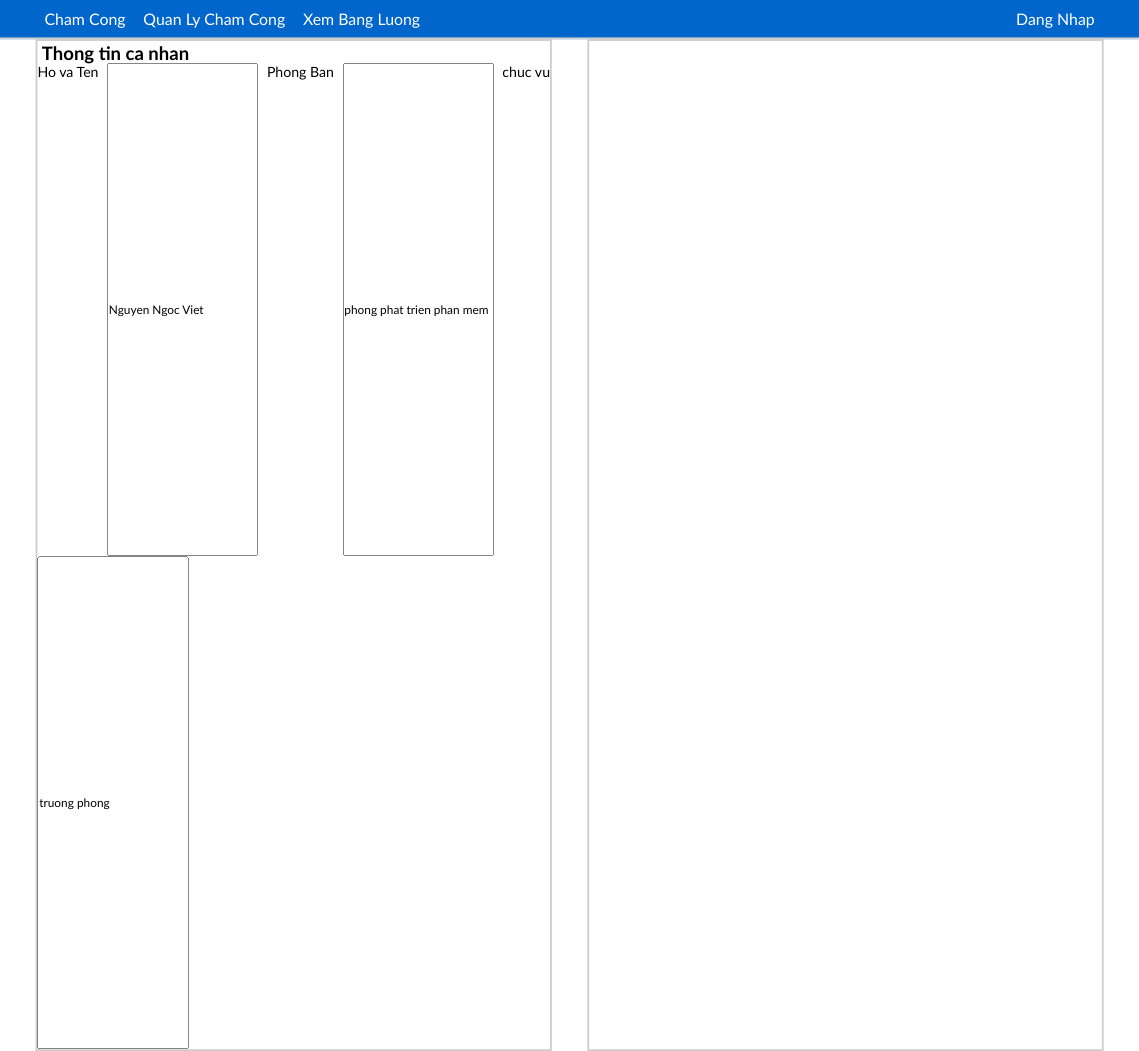
Repository: LDDUNG2003/a
Page: payroll.html
An editor plug-in stored every save of this project. The page is shown before and after the next save, followed by the edit.
The browser window is 1280 px wide. The pictures show the whole page, at 89% of full size.

Above is the page before, as saved 2023-10-15 12:34:50.

### payroll.html
<!DOCTYPE html>
<html lang="en">

<head>
    <meta charset="UTF-8">
    <meta name="viewport" content="width=device-width, initial-scale=1.0">
    <title>Document</title>
    <link rel="stylesheet" href="./controlView/css/base.css">
    <link rel="stylesheet" href="/controlView/css/payfoll.css">

</head>

<body>
    <div class="main">
        <header class="app__header">
            <nav class="navBar">
                <ul class="navBar-list">
                    <li class="navBar--items"><a href="./index.html" class="navbar--link">Cham cong</a></li>
                    <li class="navBar--items"><a href="" class="navbar--link">Quan ly cham cong</a></li>
                    <li class="navBar--items">
                        <a href="" class="navbar--link">Xem bang luong</a></li>
                </ul>
                <ul class="navBar-list navBar-list--login">
                    <!-- login  -->
                    <li class="navBar--items">
                        <a href="./login.html" class="navbar--link">dang nhap</a></li>
                    <!-- admin menu -->
                    <!-- <li class="navBar--items">
                    admin
                    <ul class="account-list">
                        <li class="account--item"><a href="" class="navbar--link">admin</a></li>
                        <li class="account--item"><a href="" class="navbar--link">quan li nhan su</a></li>
                        <li class="account--item"><a href="" class="navbar--link">dang xuat</a></li>
                    </ul>
                </li> -->
                    <!-- personnel menu -->
                    <!-- <li class="navBar--items">
                    account name
                    <ul class="account-list">
                        <li class="account--item"><a href="" class="navbar--link">cai dat tai khoan</a></li>
                        <li class="account--item"><a href="" class="navbar--link">dang ki ca lam</a></li>
                        <li class="account--item"><a href="" class="navbar--link">dang xuat</a></li>
                    </ul>
                </li> -->
                </ul>
            </nav>
        </header>
        <div class="app__content">
            <div class="content-information">
                <div class="infomation--contain">
                    <h1 class="infomation--heading">Thong tin ca nhan</h1>
                    <form class="infomation" action="" method="post">
                        <label class="infomation--text" for="name">Ho va Ten</label>
                        <input class="infomation--input" type="text" name="name" value="Nguyen Ngoc Viet">
                        <label class="infomation--text" for="Department">Phong Ban</label>
                        <input class="infomation--input" type="text" name="Department" value="phong phat trien phan mem">
                        <label class="infomation--text" for="">chuc vu</label>
                        <input class="infomation--input" type="text" name value="truong phong">
                    </form>
                </div>
                <div class="infomation--contain">

                </div>
            </div>
        </div>
    </div>
</body>

</html>

### controlView/css/base.css
:root {
    --primary-color: #0066cc;
    --text-color: #040404;
}

* {
    padding: 0px;
    margin: 0px;
    font-family: 'Trebuchet MS', 'Lucida Sans Unicode', 'Lucida Grande', 'Lucida Sans', Arial, sans-serif;
}

html,
body {
    font-size: 0.62rem;
}

.main {}

.app__header {
    color: #fff;
    width: 100%;
    border-bottom: solid 2px #ccc;
    background-color: var(--primary-color);
}

.navBar {
    width: 100%;
    max-width: 1200px;
    margin: auto;
    display: flex;
    justify-content: space-between;
}

.navBar-list {
    display: flex;
    list-style: none;
    color: #fff;
}

.navBar--items {
    padding: 10px 10px;
    font-size: 1.8rem;
    position: relative;
    cursor: pointer;
    text-transform: capitalize;
}

.navBar--items::after {
    content: '';
    padding-top: 5px;
    top: 80%;
    left: 10px;
    display: none;
    /* width: 0px; */
    background-color: var(--primary-color);
    position: absolute;
    width: 70px;
}

.navBar--items:hover .navBar--items::after {
    display: block;
}

.navbar--link {
    text-decoration: none;
    color: inherit;
}

.account-list {
    position: absolute;
    width: 150px;
    display: none;
    list-style: none;
    padding: 4px;
    color: var(--text-color);
    top: 100%;
    left: 0px;
    box-shadow: #414141;
    background-color: white;
}

.navBar--items:hover .account-list {
    display: block;
}

.account--item {
    padding: 5px 0px;
    border-bottom: solid 1px #ccc;
}

.app__content {
    width: 100%;
    max-width: 1200px;
    margin: auto;
}

### controlView/css/payfoll.css
.content-information {
    display: flex;
    width: 100%;
    justify-content: space-between;
}

.infomation--contain {
    width: 48%;
    border: solid 2px #ccc;
}

.infomation--heading {
    font-size: 2.1rem;
    padding: 0px 5px;
}

.infomation {
    display: flex;
    flex-wrap: wrap;
    justify-content: space-between;
}

.infomation--text {
    font-size: 1.6rem;
}

.infomation--input {
    height: 550px;
}

After the next save:
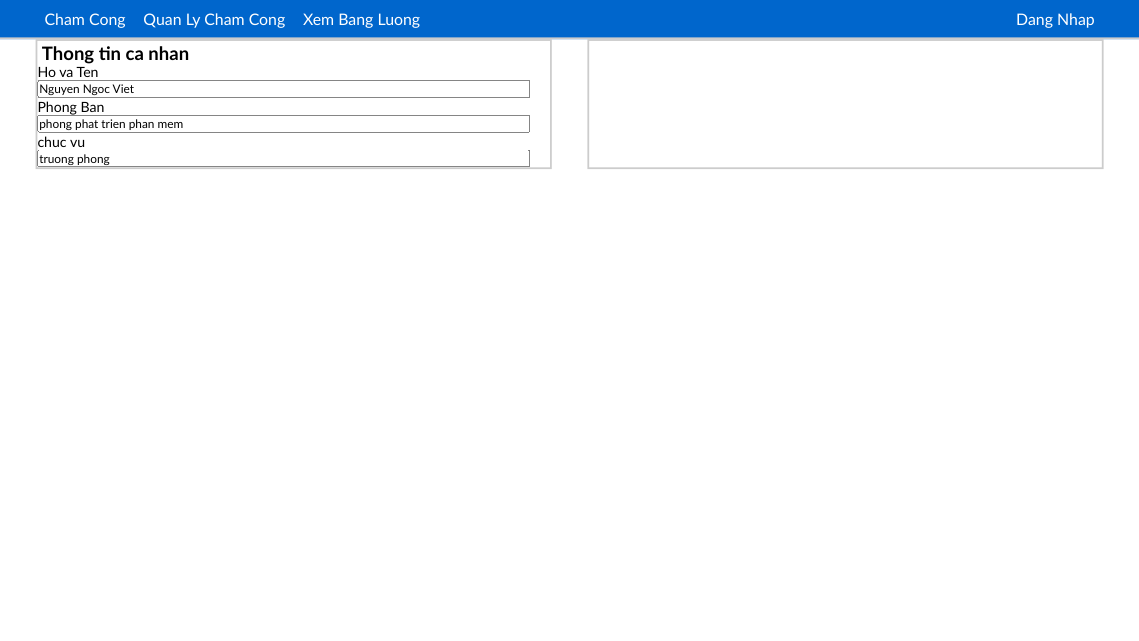
Saved 18 s later.
--- a/controlView/css/payfoll.css
+++ b/controlView/css/payfoll.css
@@ -25,5 +25,5 @@
 }
 
 .infomation--input {
-    height: 550px;
+    width: 550px;
 }
